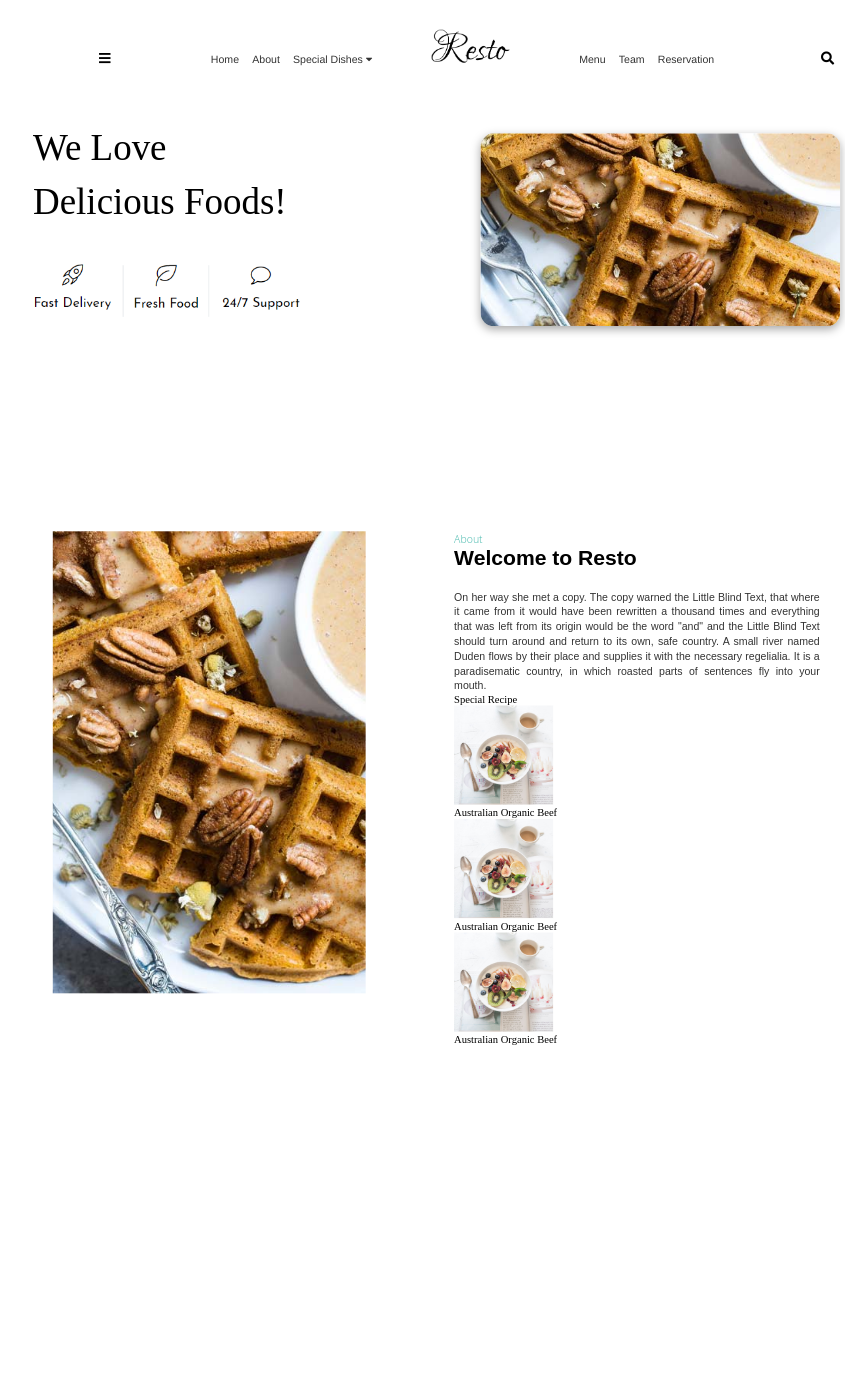
Repository: nguyenanhtuanHDU/myrestaurant
Page: index.html
The author's editor kept a copy of each file at every save. The page is drawn from the files as they stood at one save, then again after a run of saves.
The browser window is 1280 px wide. The pictures show the whole page, at 66% of full size.

Above is the page before, as saved 2022-02-01 02:07:29.

After the next 2 saves:
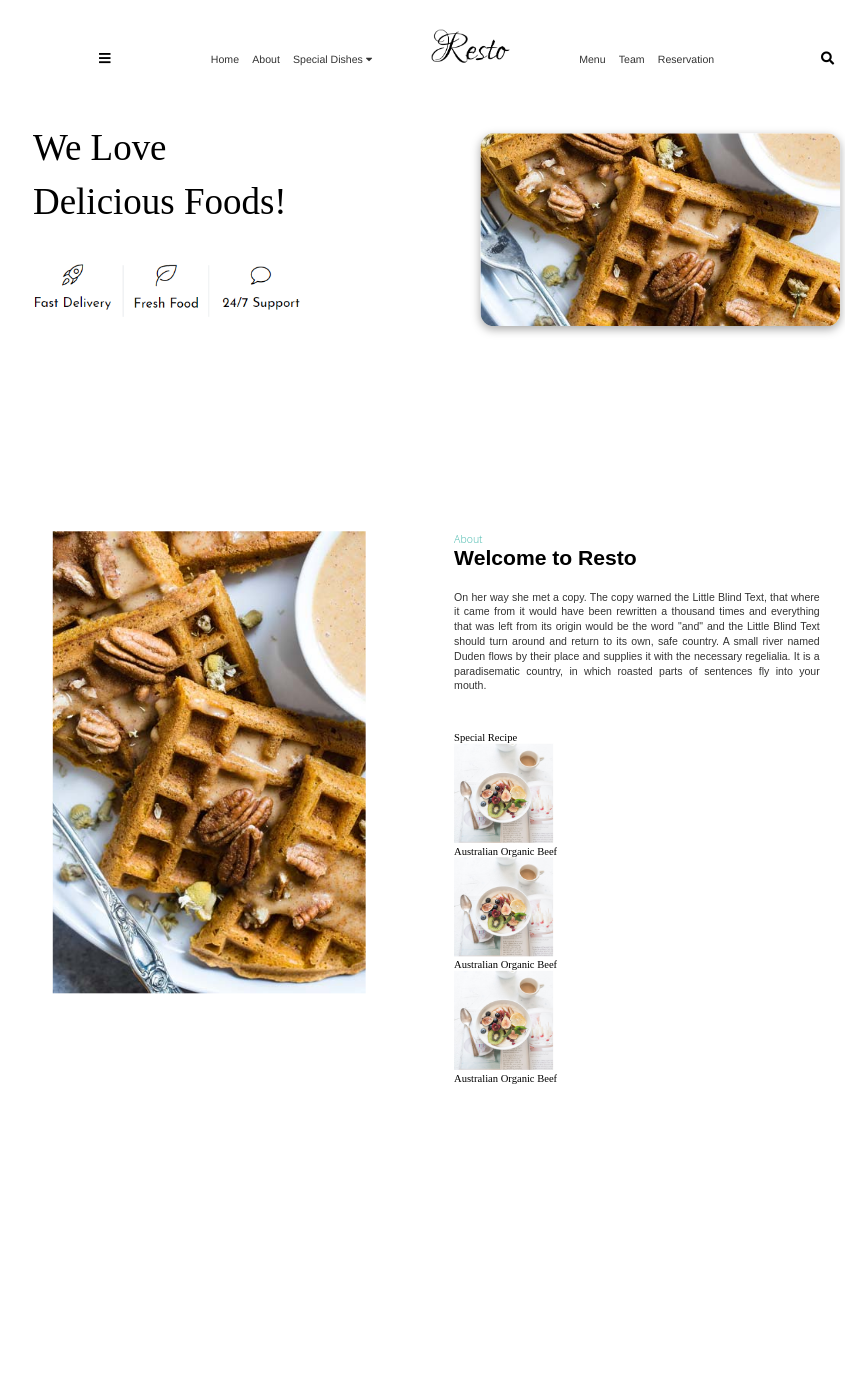
The 2 saves are shown as one change because they came seconds apart.
The last was saved 7 s later.
--- a/assets/style.css
+++ b/assets/style.css
@@ -225,6 +225,7 @@
     text-align: justify;
     opacity: 0.8;
     line-height: 1.4;
+    margin-bottom: 58px;
 }
 .about_dish{
     position: absolute;
